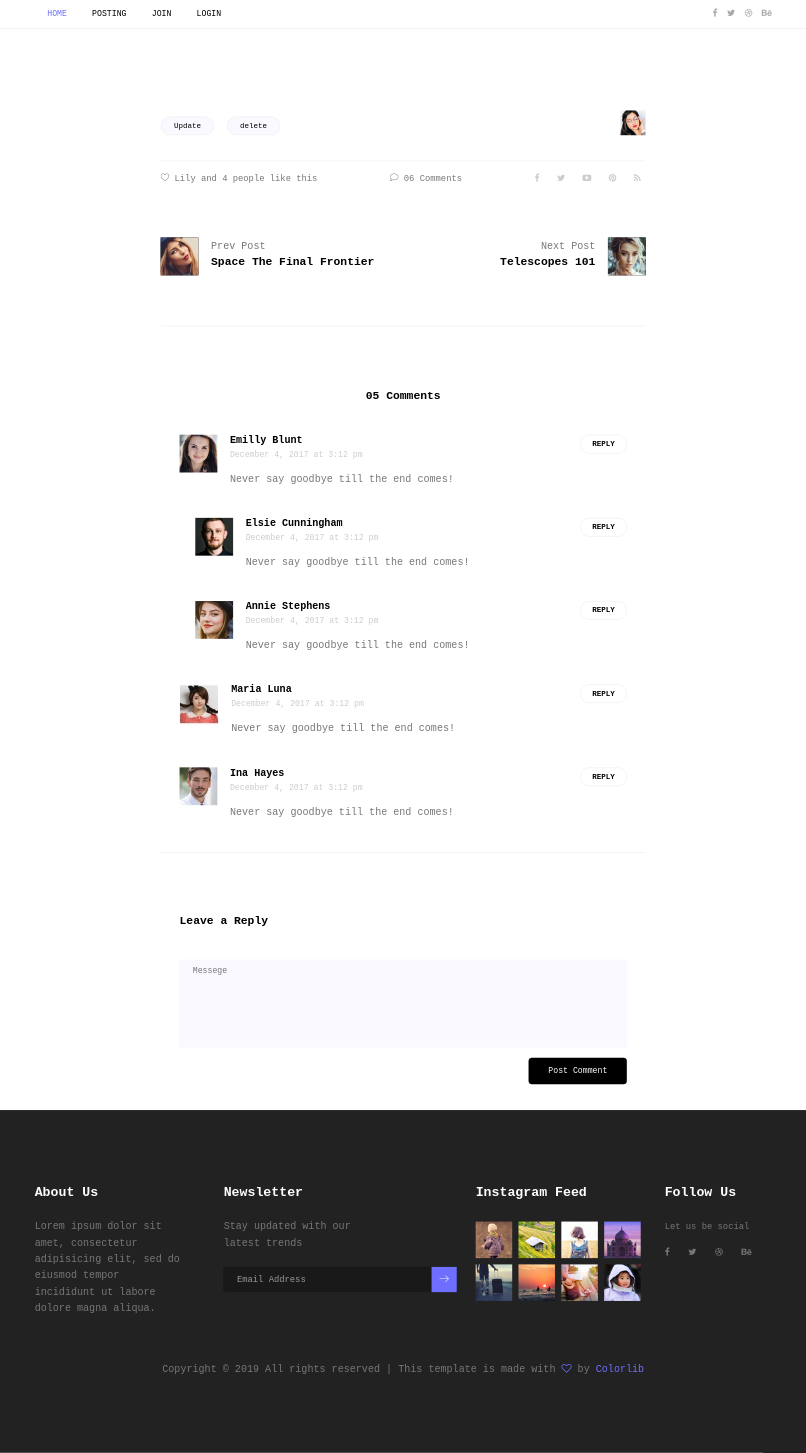
Repository: heonyKim/JSP
Page: http://localhost/blog/board/detail.jsp
These files come from the project's save history. The page is drawn as it stood at one moment and after the next save; the edit follows.
The browser window is 1280 px wide. The pictures show the whole page, at 63% of full size.
Some web fonts or font styles are not loaded; a fallback is used. The page is served by Tomcat 9. Other server files are loaded and not shown. The template is opened directly, without the code that normally fills it, so the values that code supplies are empty.

Above is the page before, as saved 2019-10-30 02:22:33.

### blog_project/blog/WebContent/board/detail.jsp
<%@ page language="java" contentType="text/html; charset=UTF-8" pageEncoding="UTF-8"%>

<!-- import nav.jsp -->
<%@ include file="/include/nav.jsp"%>


<!--================Blog Area =================-->
<section class="blog_area single-post-area">
	<div class="container">
		<div class="row">
			<div class="col-lg-2"></div>
			<div class="col-lg-8">
				<div class="main_blog_details">

					<a href="#"><h4>
							${board.title}
						</h4></a>
					<div class="user_details">
						<div class="float-left">
							<a href="#">Update</a> <a href="#">delete</a>
						</div>
						<div class="float-right">
							<div class="media">
								<div class="media-body">
									<h5>${board.readCount}</h5>
									<p>${board.createDate}</p>
								</div>
								<div class="d-flex">
									<img src="img/blog/user-img.jpg" alt="">
								</div>
							</div>
						</div>
					</div>
					${board.content}
					<div class="news_d_footer">
						<a href="#"><i class="lnr lnr lnr-heart"></i>Lily and 4 people like this</a> <a class="justify-content-center ml-auto" href="#"><i class="lnr lnr lnr-bubble"></i>06 Comments</a>
						<div class="news_socail ml-auto">
							<a href="#"><i class="fa fa-facebook"></i></a> <a href="#"><i class="fa fa-twitter"></i></a> <a href="#"><i class="fa fa-youtube-play"></i></a> <a href="#"><i class="fa fa-pinterest"></i></a> <a
								href="#"><i class="fa fa-rss"></i></a>
						</div>
					</div>
				</div>
				<div class="navigation-area">
					<div class="row">
						<div class="col-lg-6 col-md-6 col-12 nav-left flex-row d-flex justify-content-start align-items-center">
							<div class="thumb">
								<a href="#"><img class="img-fluid" src="img/blog/prev.jpg" alt=""></a>
							</div>
							<div class="arrow">
								<a href="#"><span class="lnr text-white lnr-arrow-left"></span></a>
							</div>
							<div class="detials">
								<p>Prev Post</p>
								<a href="#"><h4>Space The Final Frontier</h4></a>
							</div>
						</div>
						<div class="col-lg-6 col-md-6 col-12 nav-right flex-row d-flex justify-content-end align-items-center">
							<div class="detials">
								<p>Next Post</p>
								<a href="#"><h4>Telescopes 101</h4></a>
							</div>
							<div class="arrow">
								<a href="#"><span class="lnr text-white lnr-arrow-right"></span></a>
							</div>
							<div class="thumb">
								<a href="#"><img class="img-fluid" src="img/blog/next.jpg" alt=""></a>
							</div>
						</div>
					</div>
				</div>
				<div class="comments-area">
					<h4>05 Comments</h4>
					<div class="comment-list">
						<div class="single-comment justify-content-between d-flex">
							<div class="user justify-content-between d-flex">
								<div class="thumb">
									<img src="img/blog/c1.jpg" alt="">
								</div>
								<div class="desc">
									<h5>
										<a href="#">Emilly Blunt</a>
									</h5>
									<p class="date">December 4, 2017 at 3:12 pm</p>
									<p class="comment">Never say goodbye till the end comes!</p>
								</div>
							</div>
							<div class="reply-btn">
								<a href="" class="btn-reply text-uppercase">reply</a>
							</div>
						</div>
					</div>
					<div class="comment-list left-padding">
						<div class="single-comment justify-content-between d-flex">
							<div class="user justify-content-between d-flex">
								<div class="thumb">
									<img src="img/blog/c2.jpg" alt="">
								</div>
								<div class="desc">
									<h5>
										<a href="#">Elsie Cunningham</a>
									</h5>
									<p class="date">December 4, 2017 at 3:12 pm</p>
									<p class="comment">Never say goodbye till the end comes!</p>
								</div>
							</div>
							<div class="reply-btn">
								<a href="" class="btn-reply text-uppercase">reply</a>
							</div>
						</div>
					</div>
					<div class="comment-list left-padding">
						<div class="single-comment justify-content-between d-flex">
							<div class="user justify-content-between d-flex">
								<div class="thumb">
									<img src="img/blog/c3.jpg" alt="">
								</div>
								<div class="desc">
									<h5>
										<a href="#">Annie Stephens</a>
									</h5>
									<p class="date">December 4, 2017 at 3:12 pm</p>
									<p class="comment">Never say goodbye till the end comes!</p>
								</div>
							</div>
							<div class="reply-btn">
								<a href="" class="btn-reply text-uppercase">reply</a>
							</div>
						</div>
					</div>
					<div class="comment-list">
						<div class="single-comment justify-content-between d-flex">
							<div class="user justify-content-between d-flex">
								<div class="thumb">
									<img src="img/blog/c4.jpg" alt="">
								</div>
								<div class="desc">
									<h5>
										<a href="#">Maria Luna</a>
									</h5>
									<p class="date">December 4, 2017 at 3:12 pm</p>
									<p class="comment">Never say goodbye till the end comes!</p>
								</div>
							</div>
							<div class="reply-btn">
								<a href="" class="btn-reply text-uppercase">reply</a>
							</div>
						</div>
					</div>
					<div class="comment-list">
						<div class="single-comment justify-content-between d-flex">
							<div class="user justify-content-between d-flex">
								<div class="thumb">
									<img src="img/blog/c5.jpg" alt="">
								</div>
								<div class="desc">
									<h5>
										<a href="#">Ina Hayes</a>
									</h5>
									<p class="date">December 4, 2017 at 3:12 pm</p>
									<p class="comment">Never say goodbye till the end comes!</p>
								</div>
							</div>
							<div class="reply-btn">
								<a href="" class="btn-reply text-uppercase">reply</a>
							</div>
						</div>
					</div>
				</div>
				<div class="comment-form">
					<h4>Leave a Reply</h4>
					<form>

						<div class="form-group">
							<textarea class="form-control mb-10" rows="5" name="message" placeholder="Messege" onfocus="this.placeholder = ''" onblur="this.placeholder = 'Messege'" required=""></textarea>
						</div>
						<a href="#" class="primary-btn submit_btn">Post Comment</a>
					</form>
				</div>
			</div>
			<div class="col-lg-2"></div>
		</div>
	</div>
</section>
<!--================Blog Area =================-->

<!-- import footer.jsp -->
<%@ include file="/include/footer.jsp"%>

### blog_project/blog/WebContent/include/nav.jsp
<%@ page language="java" contentType="text/html; charset=UTF-8" pageEncoding="UTF-8"%>
<%@ taglib prefix="c" uri="http://java.sun.com/jsp/jstl/core"%>
<!doctype html>
<html lang="en">
<head>
<!-- Required meta tags -->
<meta charset="utf-8">
<meta name="viewport" content="width=device-width, initial-scale=1, shrink-to-fit=no">
<link rel="icon" href="/blog/img/favicon.png" type="image/png">
<title>Blog</title>
<!-- Bootstrap CSS -->
<link rel="stylesheet" href="/blog/css/bootstrap.css">
<link rel="stylesheet" href="/blog/vendors/linericon/style.css">
<link rel="stylesheet" href="/blog/css/font-awesome.min.css">
<link rel="stylesheet" href="/blog/vendors/owl-carousel/owl.carousel.min.css">
<link rel="stylesheet" href="/blog/vendors/lightbox/simpleLightbox.css">
<link rel="stylesheet" href="/blog/vendors/nice-select/css/nice-select.css">
<link rel="stylesheet" href="/blog/vendors/animate-css/animate.css">
<link rel="stylesheet" href="/blog/vendors/jquery-ui/jquery-ui.css">
<!-- main css -->
<link rel="stylesheet" href="/blog/css/style.css">
<link rel="stylesheet" href="/blog/css/responsive.css">
<style>
.board_list_content {
	display:block;
	display: -webkit-box;
	-webkit-box-orient: vertical;
	text-align: left;
	overflow: hidden;
	text-overflow: ellipsis;
	white-space: normal;
	line-height: 1.4;
	height : 2.6em;
	-webkit-line-clamp: 2;
	margin-bottom: 20px;
	word-break: break-all;
}
</style>
</head>
<body>

	<!--================Header Menu Area =================-->
	<header class="header_area">
		<div class="main_menu">
			<nav class="navbar navbar-expand-lg navbar-light">
				<div class="container box_1620">
					<!-- Brand and toggle get grouped for better mobile display -->
					<a class="navbar-brand logo_h" href="/blog/index.jsp"><img src="/blog/img/logo.png" alt=""></a>
					<button class="navbar-toggler" type="button" data-toggle="collapse" data-target="#navbarSupportedContent" aria-controls="navbarSupportedContent" aria-expanded="false"
						aria-label="Toggle navigation">
						<span class="icon-bar"></span> <span class="icon-bar"></span> <span class="icon-bar"></span>
					</button>
					<!-- Collect the nav links, forms, and other content for toggling -->
					<div class="collapse navbar-collapse offset" id="navbarSupportedContent">
						<ul class="nav navbar-nav menu_nav">
							<li class="nav-item active"><a class="nav-link" href="/blog/index.jsp">Home</a></li>
							<li class="nav-item"><a class="nav-link" href="/blog/board/write.jsp">Posting</a></li>
							<li class="nav-item"><a class="nav-link" href="/blog/user/join.jsp">Join</a></li>

							<c:choose>
								<c:when test="${empty sessionScope.user}">
									<li class="nav-item"><a class="nav-link" href="/blog/user/login.jsp">LOGIN</a></li>
								</c:when>
								<c:otherwise>
									<li class="nav-item"><a class="nav-link" href="/blog/user?cmd=logout">LOGOUT</a></li>
								</c:otherwise>
							</c:choose>



						</ul>
						<ul class="nav navbar-nav navbar-right header_social ml-auto">
							<li class="nav-item"><a href="#"><i class="fa fa-facebook"></i></a></li>
							<li class="nav-item"><a href="#"><i class="fa fa-twitter"></i></a></li>
							<li class="nav-item"><a href="#"><i class="fa fa-dribbble"></i></a></li>
							<li class="nav-item"><a href="#"><i class="fa fa-behance"></i></a></li>
						</ul>
					</div>
				</div>
			</nav>
		</div>

	</header>
	<!--================Header Menu Area =================-->

### blog_project/blog/WebContent/include/footer.jsp
<%@ page language="java" contentType="text/html; charset=UTF-8" pageEncoding="UTF-8"%>
<!DOCTYPE html>
<html>
<head>
<meta charset="UTF-8">
<title>Insert title here</title>
</head>
<body>
	<!--================ start footer Area  =================-->
	<footer class="footer-area p_120">
		<div class="container">
			<div class="row">
				<div class="col-lg-3  col-md-6 col-sm-6">
					<div class="single-footer-widget">
						<h6 class="footer_title">About Us</h6>
						<p>Lorem ipsum dolor sit amet, consectetur adipisicing elit, sed do eiusmod tempor incididunt ut labore dolore magna aliqua.</p>
					</div>
				</div>
				<div class="col-lg-4 col-md-6 col-sm-6">
					<div class="single-footer-widget">
						<h6 class="footer_title">Newsletter</h6>
						<p>Stay updated with our latest trends</p>
						<div id="mc_embed_signup">
							<form target="_blank" action="https://spondonit.us12.list-manage.com/subscribe/post?u=1462626880ade1ac87bd9c93a&amp;id=92a4423d01" method="get" class="subscribe_form relative">
								<div class="input-group d-flex flex-row">
									<input name="EMAIL" placeholder="Email Address" onfocus="this.placeholder = ''" onblur="this.placeholder = 'Email Address '" required="" type="email">
									<button class="btn sub-btn">
										<span class="lnr lnr-arrow-right"></span>
									</button>
								</div>
								<div class="mt-10 info"></div>
							</form>
						</div>
					</div>
				</div>
				<div class="col-lg-3 col-md-6 col-sm-6">
					<div class="single-footer-widget instafeed">
						<h6 class="footer_title">Instagram Feed</h6>
						<ul class="list instafeed d-flex flex-wrap">
							<li><img src="/blog/img/instagram/Image-01.jpg" alt=""></li>
							<li><img src="/blog/img/instagram/Image-02.jpg" alt=""></li>
							<li><img src="/blog/img/instagram/Image-03.jpg" alt=""></li>
							<li><img src="/blog/img/instagram/Image-04.jpg" alt=""></li>
							<li><img src="/blog/img/instagram/Image-05.jpg" alt=""></li>
							<li><img src="/blog/img/instagram/Image-06.jpg" alt=""></li>
							<li><img src="/blog/img/instagram/Image-07.jpg" alt=""></li>
							<li><img src="/blog/img/instagram/Image-08.jpg" alt=""></li>
						</ul>
					</div>
				</div>
				<div class="col-lg-2 col-md-6 col-sm-6">
					<div class="single-footer-widget f_social_wd">
						<h6 class="footer_title">Follow Us</h6>
						<p>Let us be social</p>
						<div class="f_social">
							<a href="#"><i class="fa fa-facebook"></i></a> <a href="#"><i class="fa fa-twitter"></i></a> <a href="#"><i class="fa fa-dribbble"></i></a> <a href="#"><i class="fa fa-behance"></i></a>
						</div>
					</div>
				</div>
			</div>
			<div class="row footer-bottom d-flex justify-content-between align-items-center">
				<p class="col-lg-12 footer-text text-center">
					<!-- Link back to Colorlib can't be removed. Template is licensed under CC BY 3.0. -->
					Copyright &copy;
					<script>
						document.write(new Date().getFullYear());
					</script>
					All rights reserved | This template is made with <i class="fa fa-heart-o" aria-hidden="true"></i> by <a href="https://colorlib.com" target="_blank">Colorlib</a>
					<!-- Link back to Colorlib can't be removed. Template is licensed under CC BY 3.0. -->
				</p>
			</div>
		</div>
	</footer>
	<!--================ End footer Area  =================-->




	<!-- Optional JavaScript -->
	<!-- jQuery first, then Popper.js, then Bootstrap JS -->
	<script src="/blog/js/jquery-3.2.1.min.js"></script>
	<script src="/blog/js/popper.js"></script>
	<script src="/blog/js/bootstrap.min.js"></script>
	<script src="/blog/js/stellar.js"></script>
	<script src="/blog/vendors/lightbox/simpleLightbox.min.js"></script>
	<script src="/blog/vendors/nice-select/js/jquery.nice-select.min.js"></script>
	<script src="/blog/vendors/isotope/imagesloaded.pkgd.min.js"></script>
	<script src="/blog/vendors/isotope/isotope-min.js"></script>
	<script src="/blog/vendors/owl-carousel/owl.carousel.min.js"></script>
	<script src="/blog/vendors/jquery-ui/jquery-ui.js"></script>
	<script src="/blog/js/jquery.ajaxchimp.min.js"></script>
	<script src="/blog/js/mail-script.js"></script>
	<script src="/blog/js/theme.js"></script>
	<script src=""></script>
	<script src=""></script>
</body>
</html>

Loaded but not shown: blog_project/blog/WebContent/css/bootstrap.css (library); blog_project/blog/WebContent/vendors/linericon/style.css (library); blog_project/blog/WebContent/css/font-awesome.min.css (library); blog_project/blog/WebContent/vendors/owl-carousel/owl.carousel.min.css (common file); blog_project/blog/WebContent/vendors/lightbox/simpleLightbox.css (library); blog_project/blog/WebContent/vendors/nice-select/css/nice-select.css (library); blog_project/blog/WebContent/vendors/animate-css/animate.css (library); blog_project/blog/WebContent/vendors/jquery-ui/jquery-ui.css (library); blog_project/blog/WebContent/js/jquery-3.2.1.min.js (library); blog_project/blog/WebContent/js/popper.js (library); blog_project/blog/WebContent/js/bootstrap.min.js (library); blog_project/blog/WebContent/js/stellar.js (library); blog_project/blog/WebContent/vendors/lightbox/simpleLightbox.min.js (library); blog_project/blog/WebContent/vendors/nice-select/js/jquery.nice-select.min.js (common file); blog_project/blog/WebContent/vendors/isotope/imagesloaded.pkgd.min.js (library); blog_project/blog/WebContent/vendors/isotope/isotope-min.js (library); blog_project/blog/WebContent/vendors/owl-carousel/owl.carousel.min.js (library); blog_project/blog/WebContent/vendors/jquery-ui/jquery-ui.js (library); blog_project/blog/WebContent/js/jquery.ajaxchimp.min.js (library); blog_project/blog/WebContent/js/theme.js (283 lines, source omitted); blog_project/blog/WebContent/js/mail-script.js (31 lines, source omitted); blog_project/blog/WebContent/css/style.css (3905 lines, source omitted); blog_project/blog/WebContent/css/responsive.css (373 lines, source omitted)

After the next save:
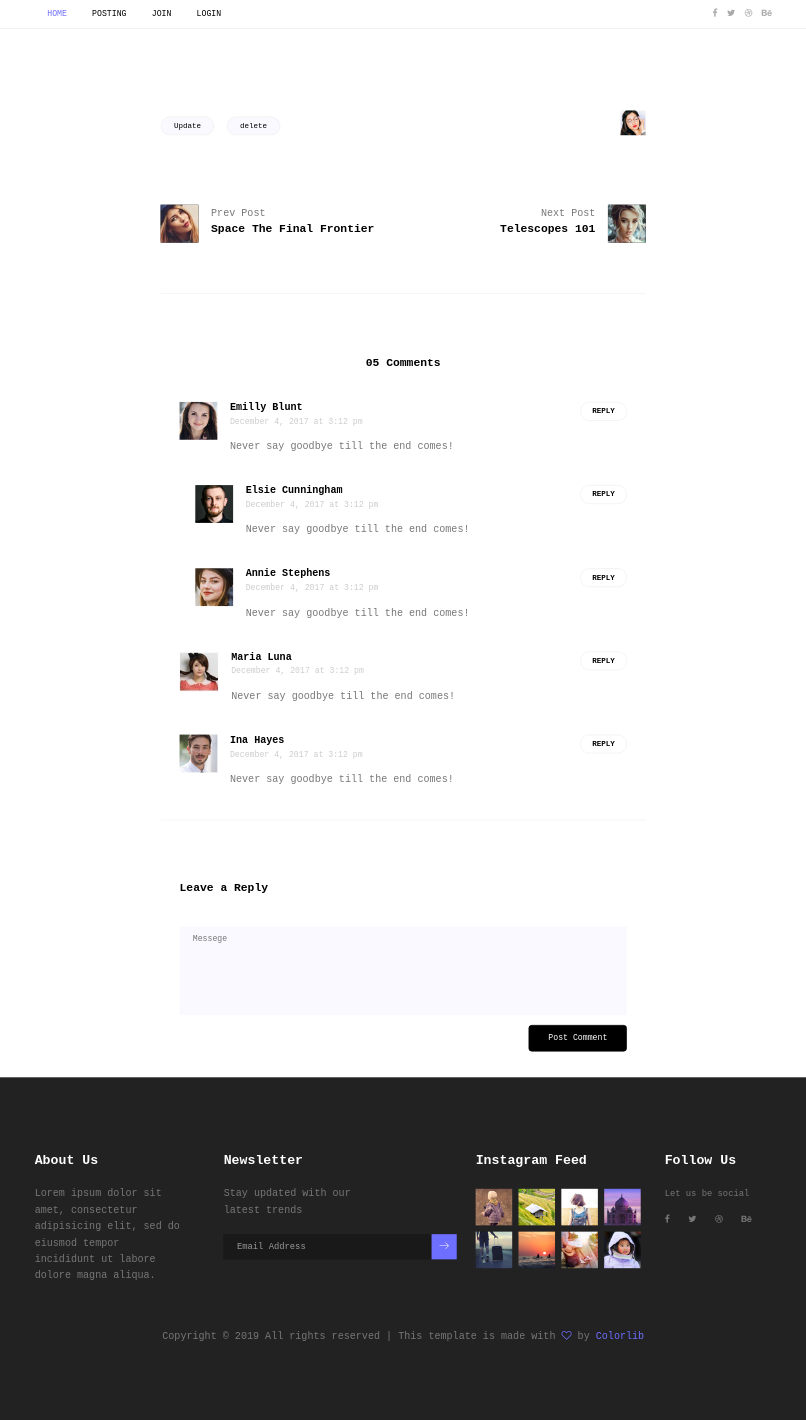
Saved 30 s later.
--- a/blog_project/blog/WebContent/board/detail.jsp
+++ b/blog_project/blog/WebContent/board/detail.jsp
@@ -32,13 +32,7 @@
 						</div>
 					</div>
 					${board.content}
-					<div class="news_d_footer">
-						<a href="#"><i class="lnr lnr lnr-heart"></i>Lily and 4 people like this</a> <a class="justify-content-center ml-auto" href="#"><i class="lnr lnr lnr-bubble"></i>06 Comments</a>
-						<div class="news_socail ml-auto">
-							<a href="#"><i class="fa fa-facebook"></i></a> <a href="#"><i class="fa fa-twitter"></i></a> <a href="#"><i class="fa fa-youtube-play"></i></a> <a href="#"><i class="fa fa-pinterest"></i></a> <a
-								href="#"><i class="fa fa-rss"></i></a>
-						</div>
-					</div>
+
 				</div>
 				<div class="navigation-area">
 					<div class="row">
